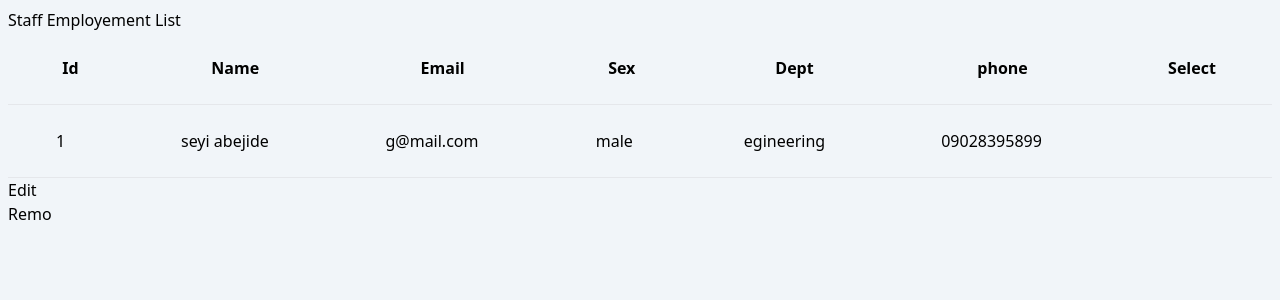
Repository: Semanmernstack/crud
Page: /
These files come from the project's save history. The page is drawn as it stood at one moment and after the next save; the edit follows.
The browser window is 1280 px wide. The pictures show the whole page.
The project was rebuilt for these pictures with package versions that can differ from the ones it lists, and the page was loaded fresh each time. Requests to the local data server were answered from the project's data file. Also part of the build but not shown: src/Details.js, src/Create.js, src/Edit.js.

Above is the page before, as saved 2022-12-24 00:47:32.

### src/App.js
import List from "./List";
import {
  BrowserRouter,
  Routes,
  Route,

} from "react-router-dom";
import Details from "./Details";
import Create from "./Create";
import Edit from "./Edit";



function App() {
  return (
    <div className="bg-slate-100 h-screen">
      <BrowserRouter>

      <Routes>
        <Route path="/" element={<List/>}> </Route>
        <Route path="/employee/create" element={<Create/>}> </Route>
        <Route path="/employee/details/:empid" element={<Details/>}> </Route>
        <Route path="/employee/edit/:empid" element={<Edit/>}> </Route>
      </Routes>
      </BrowserRouter>

    </div>
  );
}

export default App;

### src/List.js

import React, { useEffect, useState } from 'react'

function List() {
    const [records, setRecords] = useState("")

    useEffect(() => {
        fetch("http://localhost:8000/employee").then((res) => {
            return res.json()
        }).then((resp) => {
            console.log(resp)
            setRecords(resp)

        })

    }, [])
  return (
    <div className="overflow-x-hidden lg:max-w-7xl mx-auto  p-2 items-center   ">

        <p>Staff Employement List</p>


        <table className="  w-[100%]  border-1   " >

            <thead>
                <tr className="border-b">
                    <th scope='col' className=" lg:py-6 lg:px-12 py-3 px-6">Id</th>
                    <th scope='col' className=" lg:py-6 lg:px-12 py-3 px-6">Name</th>
                    <th scope='col' className=" lg:py-6 lg:px-12 py-3 px-6">Email</th>
                    <th scope='col' className=" lg:py-6 lg:px-12 py-3 px-6">Sex</th>
                    <th scope='col' className=" lg:py-6 lg:px-12 py-3 px-6">Dept</th>
                    <th scope='col' className=" lg:py-6 lg:px-12 py-3 px-6">phone</th>
                    <th scope='col' className=' lg:py-6 lg:px-12 py-3 px-6'>Select</th>

                </tr>
            </thead>
            <tbody>
                {
                    records &&
                    records.map((record) => (
                    <tr className="border-b" key={record.id}>
                        <td className=" lg:py-6 lg:px-12 py-3 px-6">{record.id}</td>
                        <td className=" lg:py-6 lg:px-12 py-3 px-6" >{record.name}</td>
                        <td className=" lg:py-6 lg:px-12 py-3 px-6">{record.email}</td>
                        <td className=" lg:py-6 lg:px-12 py-3 px-6">{record.sex}</td>
                        <td className=" lg:py-6 lg:px-12 py-3 px-6">{record.dept}</td>
                        <td className=" lg:py-6 lg:px-12 py-3 px-6">{record.phone}</td>
                    </tr>
                    ))
                }

            </tbody>

        </table>

        <div>
            <p>Edit</p>
            <p>Remo</p>
        </div>


    </div>
  )
}

export default List

### db.json
{
  "employee": [
    {
      "id": 1,
      "name": "seyi abejide",
      "email": "g@mail.com",
      "phone": "09028395899",
      "dept": "egineering",
      "sex": "male"

    }
  ]

}

Loaded but not shown: public/index.html (common file); src/index.js (common file); src/index.css (common file); src/reportWebVitals.js (common file); tailwind.config.js (common file)

After the next save:
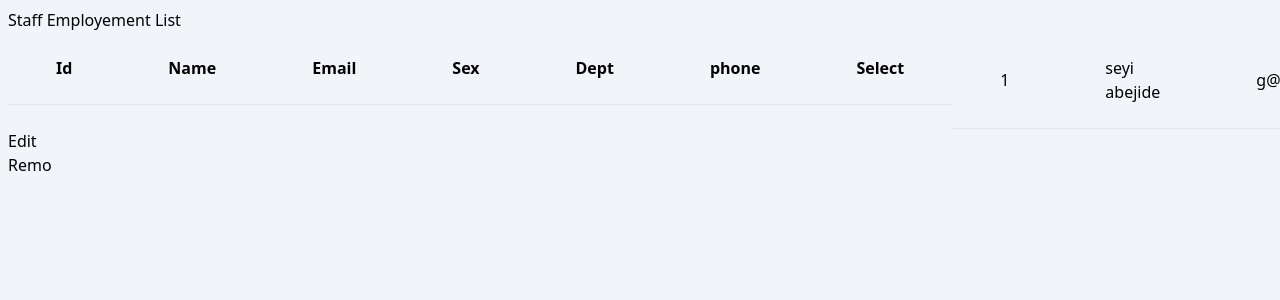
Saved 42 s later.
--- a/src/List.js
+++ b/src/List.js
@@ -20,7 +20,7 @@ function List() {
         <p>Staff Employement List</p>
 
 
-        <table className="  w-[100%]  border-1   " >
+        <table className="  w-[100%]  border-1  flex  " >
 
             <thead>
                 <tr className="border-b">
